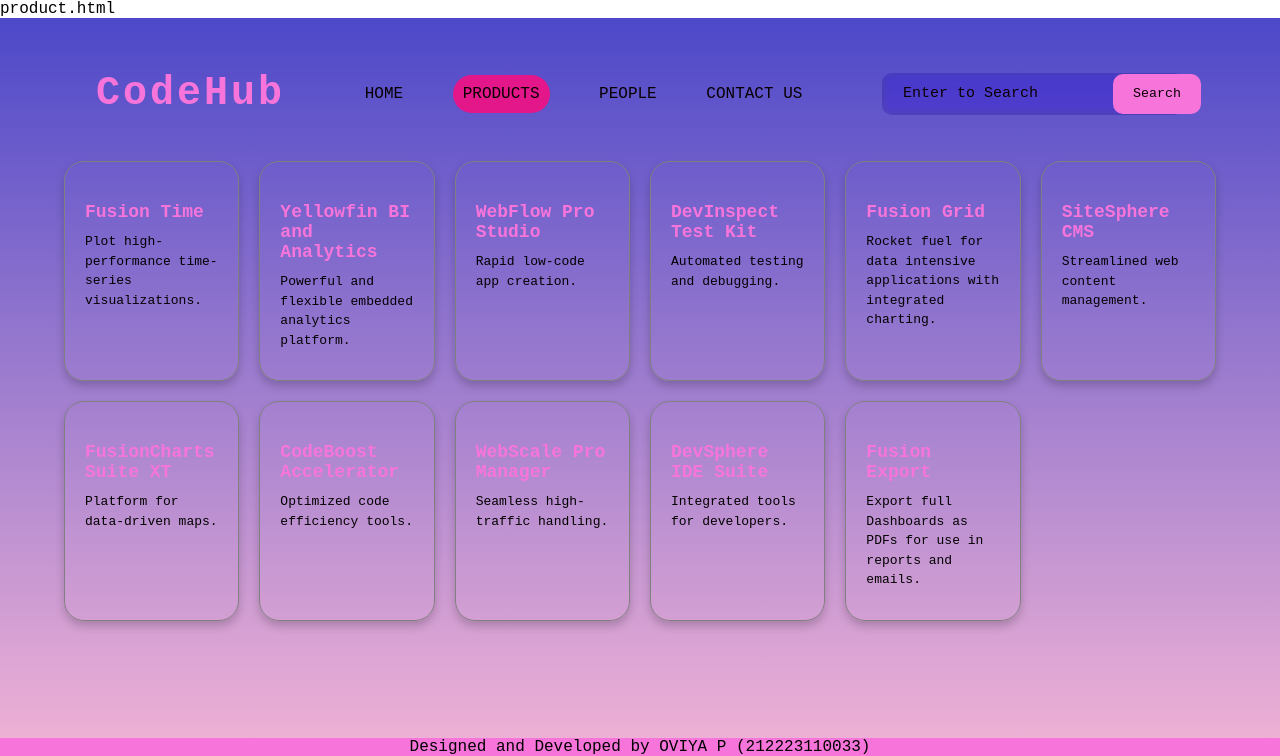
Repository: Oviya24032K6/softweb
Page: oviya/softapp/static/product.html
The author's editor kept a copy of each file at every save. The page is drawn from the files as they stood at one save, then again after a run of saves.
The browser window is 1280 px wide. The pictures show the whole page.

Above is the page before, as saved 2024-04-23 11:20:35.

### oviya/softapp/static/product.html
product.html

<html>
    <head>
        <meta name="viewport" content="width=device-width, initial-scale=1.0">
        <title> Product Page </title>
        <style type="text/css">
            * {
                margin: 0;
                padding: 0;
                font-family: 'Courier New', Courier, monospace;
            }
            .banner {
                width: 100%;
                height: 100vh;
                background-image: linear-gradient(rgba(17, 11, 182, 0.75),rgba(232, 150, 199, 0.75));
                background-size: cover;
                background-position: center;
            }
            .navbar {
                width: 85%;
                margin: auto;
                padding: 35px 0;
                display: flex;
                align-items: center;
                justify-content: space-between;
            }
            .bg-product {
                border: 1px;
                padding: 10px;
                color: rgb(12, 11, 11);
                background-color:#e3168a;
                border-radius: 30px;s
            }
            .logo {
                color:#f775db;
                font-size: 40px;
                font-weight: 700;
                letter-spacing: 3px;
            }
            span {
                color: rgb(5, 4, 4);
            }
            form {
                width: 300px;
                height: 40px;
                display: flex;
                background: hsla(0, 100%, 1%, 0.2);
                padding: 1px 1px;
                font-size: 15px;
                border-radius: 10px;
                backdrop-filter: blur(4px) saturate(180%);
            }
            form input {
                background: transparent;
                flex: 1;
                border: 0;
                outline: none;
                padding: 12px 20px;
                font-size: 15px;
                color: rgb(18, 1, 1);
            }
            ::placeholder {
                color: rgb(12, 0, 0);
            }
            form button {
                border: 0;
                outline: none;
                padding: 5px 20px;
                color: rgb(11, 0, 0);
                border-radius: 10px;
                background:#f775db;
                cursor: pointer;
            }
            .navbar li {
                list-style: none;
                display: inline-block;
                margin: 0 20px;
                position: relative;
            }
            .navbar li a {
                text-decoration: none;
                color: rgb(8, 0, 0);
                text-transform: uppercase;
            }
            .navbar li:hover {
                border: 1px;
                padding: 10px;
                color: rgb(4, 0, 0);
                background-color:#f775db;
                transition: 0.5s;
                cursor: pointer;
                border-radius: 30px;
            }
            .container {
                background: transparent;
                padding: 10px 5%;
                padding-bottom: 100px;
            }
            .container .box-container {
                display: grid;
                grid-template-columns: repeat(auto-fit, minmax(170px, 1fr));
                gap: 20px;
            }
            .container .box-container .box {
                color: rgb(8, 0, 0);
                box-shadow: 0 5px 10px rgba(0,0,0,.2);
                border-radius: 20px;
                background: transparent;
                border: 1px solid gray;
                padding: 30px 20px;
            }
            .container .box-container .box img {
                height: 70px;
                border-radius: 20px;
            }
            .container .box-container .box h3 {
                color:#f775db;
                font-size: large;
                padding: 10px 0;
            }
            .container .box-container .box p {
                color: rgb(3, 0, 0);
                font-size: small;
                line-height: 1.5;
            }
            footer {
                background-color:#f775db;
                margin-top: auto;
            }
        </style>
    </head>
<body>
    <div class="banner">
        <br>
        <div class="navbar">
            <h1 class="logo">CodeHub</h1>
            <ul>
                <li><a href="http://127.0.0.1:8000/static/homepage.html"> Home </a></li>
                <li><a href="http://127.0.0.1:8000/static/products.html" class="bg-product"> Products </a></li>
                <li><a href="http://127.0.0.1:8000/static/person.html"> People </a></li>
                <li><a href="http://127.0.0.1:8000/static/contactus.html"> Contact us</a></li>
            </ul>
            <form action="" method="get">
                <input type="text" placeholder="Enter to Search">
                <button type="submit"> Search </button>
            </form>
        </div>
        <div class="container">
            <div class="box-container">


                <div class="box">
                    <h3> Fusion Time </h3>
                    <p> Plot high-performance time-series visualizations. </p>
                </div>
                <div class="box">
                    <h3> Yellowfin BI and Analytics </h3>
                    <p> Powerful and flexible embedded analytics platform. </p>
                </div>
                <div class="box">
                    <h3> WebFlow Pro Studio </h3>
                    <p> Rapid low-code app creation. </p>
                </div>
                <div class="box">
                    <h3> DevInspect Test Kit </h3>
                    <p> Automated testing and debugging. </p>
                </div>
                <div class="box">
                    <h3> Fusion Grid </h3>
                    <p> Rocket fuel for data intensive applications with integrated charting. </p>
                </div>
                <div class="box">
                    <h3> SiteSphere CMS </h3>
                    <p> Streamlined web content management. </p>
                </div>
                <div class="box">
                    <h3> FusionCharts Suite XT </h3>
                    <p> Platform for data-driven maps. </p>
                </div>
                <div class="box">
                    <h3> CodeBoost Accelerator </h3>
                    <p> Optimized code efficiency tools. </p>
                </div>
                <div class="box">
                    <h3> WebScale Pro Manager </h3>
                    <p> Seamless high-traffic handling. </p>
                </div>
                <div class="box">
                    <h3> DevSphere IDE Suite </h3>
                    <p> Integrated tools for developers. </p>
                </div>
                <div class="box">
                    <h3> Fusion Export </h3>
                    <p> Export full Dashboards as PDFs for use in reports and emails. </p>
                </div>

            </div>

            </div>
        </div>
    </div>
    <footer>
        <center> Designed and Developed by OVIYA P (212223110033) </center>
    </footer>
</body>
</html>

After the next 2 saves:
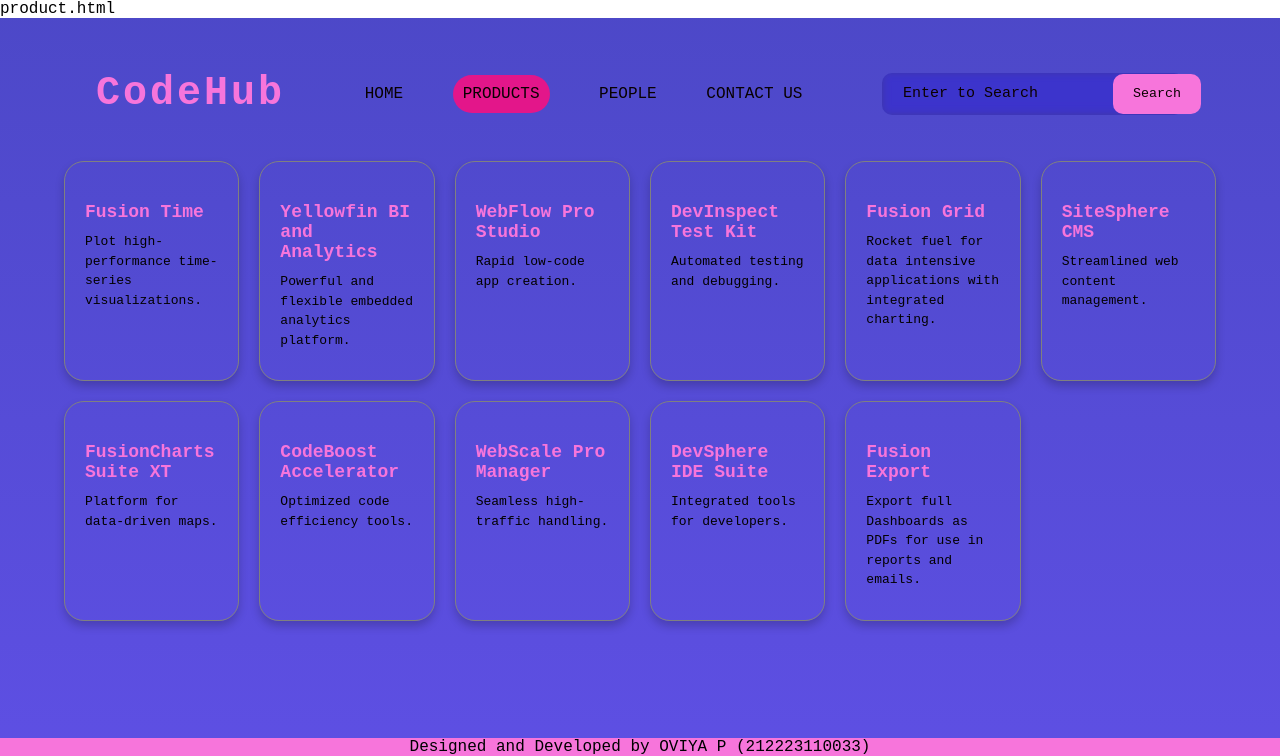
The 2 saves are shown as one change because they came seconds apart.
The last was saved 10 s later.
--- a/oviya/softapp/static/product.html
+++ b/oviya/softapp/static/product.html
@@ -13,7 +13,7 @@
             .banner {
                 width: 100%;
                 height: 100vh;
-                background-image: linear-gradient(rgba(17, 11, 182, 0.75),rgba(232, 150, 199, 0.75));
+                background-image: linear-gradient(rgba(17, 11, 182, 0.75),rgba(39, 20, 217, 0.75));
                 background-size: cover;
                 background-position: center;
             }
